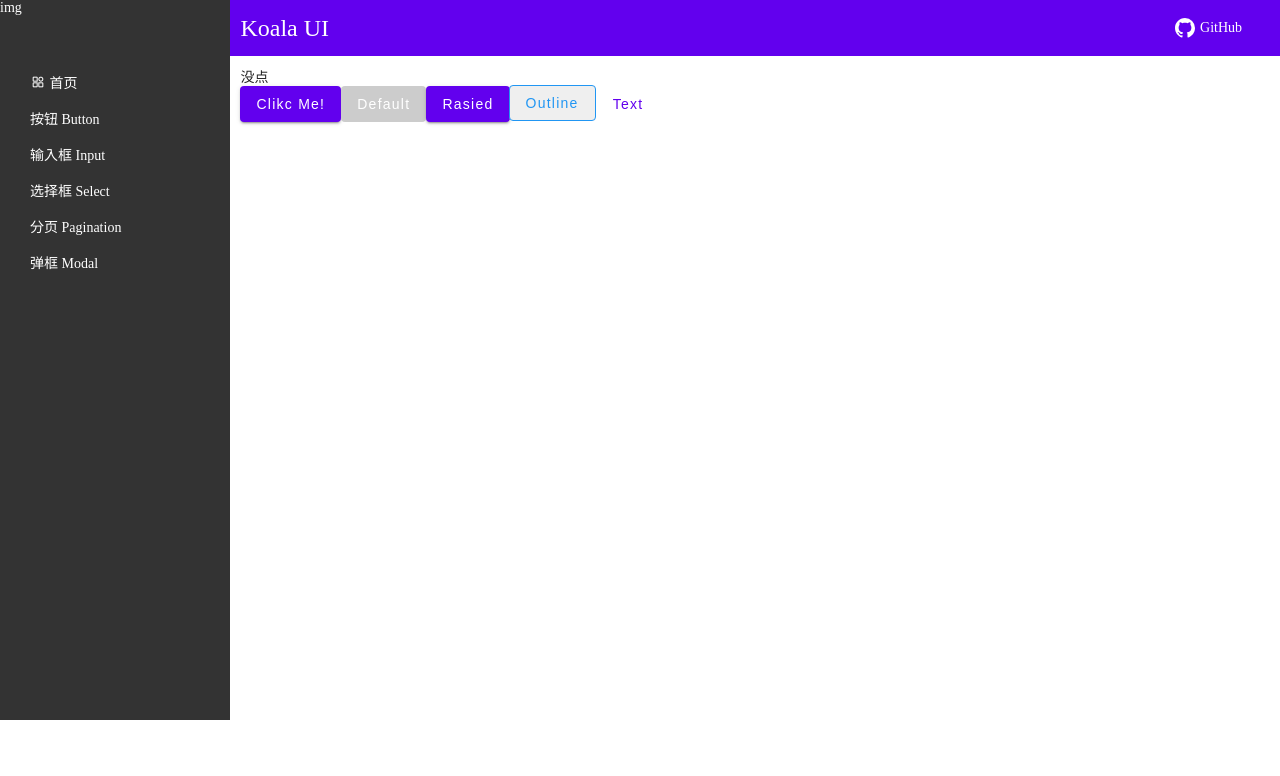
Repository: wyhsunflower/koalaUI
Page: /
These files come from the project's save history. The page is drawn as it stood at one moment and after the next save; the edit follows.
The browser window is 1280 px wide. The pictures show the whole page.
The project was rebuilt for these pictures with package versions that can differ from the ones it lists, and the page was loaded fresh each time. Also part of the build but not shown: webpack.config.js, src/components/Modal/Modal.vue. Imported but missing from the stored project, and not drawn on this page: src/views/go/go2.vue.

Above is the page before, as saved 2020-03-15 21:55:50.

After the next save:
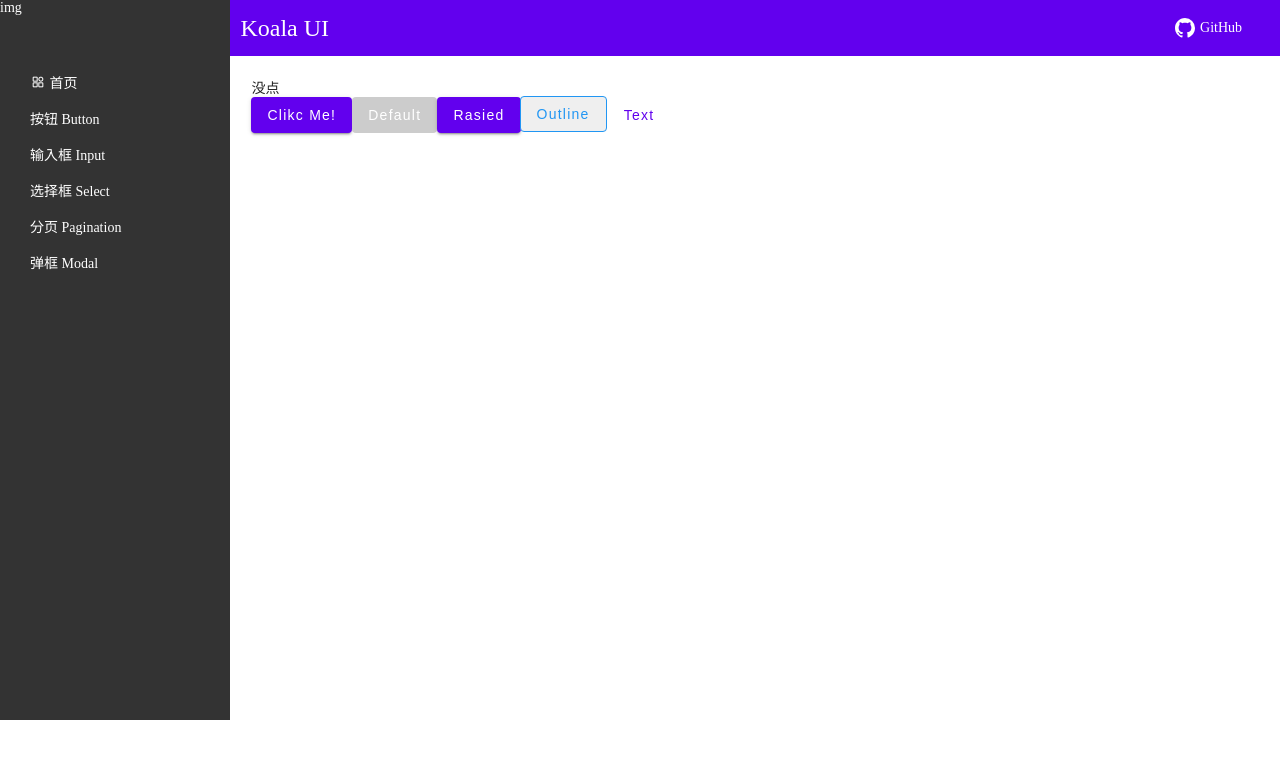
Saved 18 s later.
--- a/src/app.vue
+++ b/src/app.vue
@@ -38,6 +38,6 @@
         .main{
             width: 100%;
             height: 100%;
-            padding:10px;
+            padding:1.5rem;
         }
 </style>
